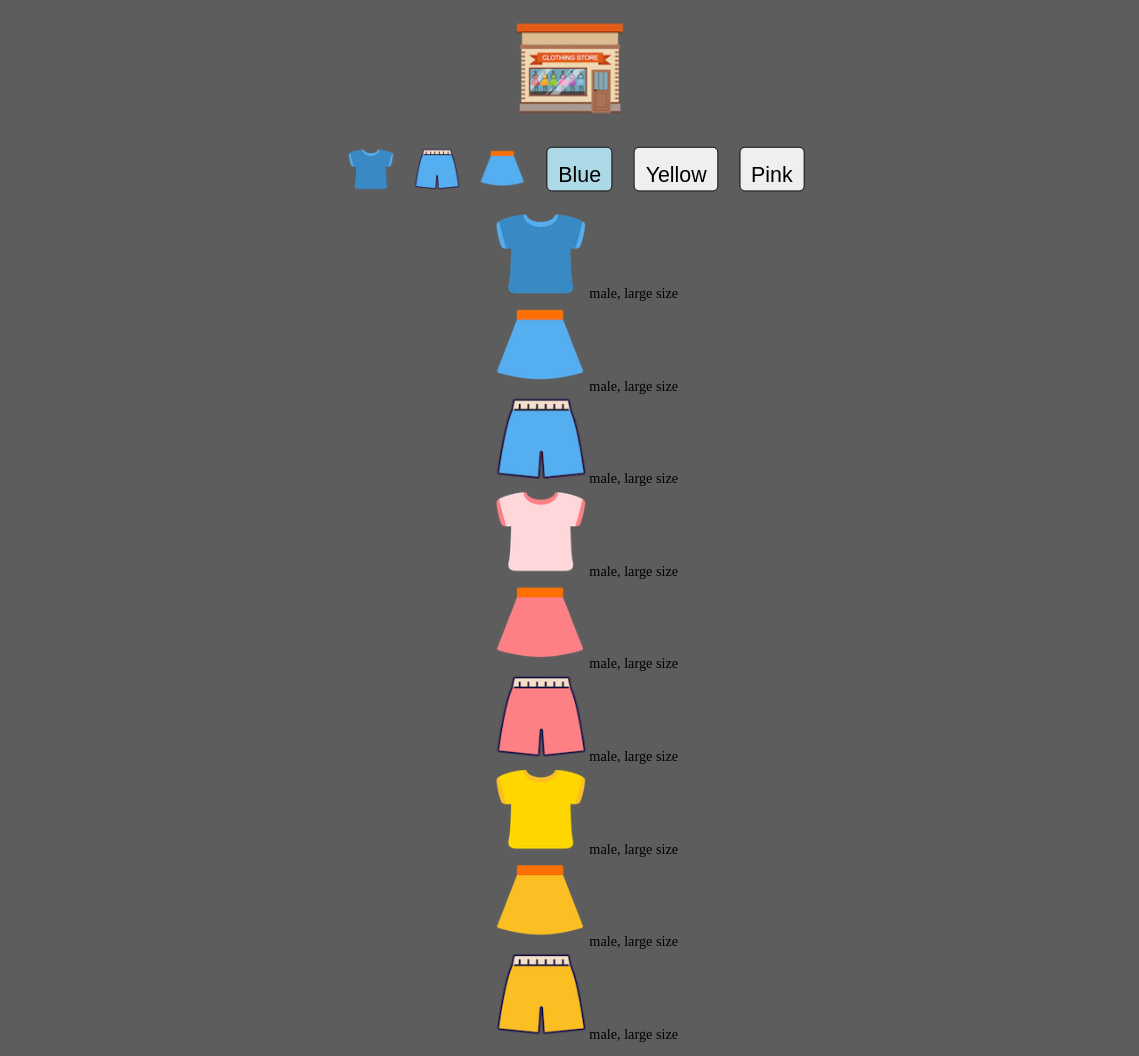
Repository: keehoonjung/Shoppingmall-Game
Page: index.html
An editor plug-in stored every save of this project. The page is shown before and after the next save, followed by the edit.
The browser window is 1280 px wide. The pictures show the whole page, at 89% of full size.

Above is the page before, as saved 2021-08-12 13:36:09.

### index.html
<!DOCTYPE html>
<html lang="en">
<head>
    <meta charset="UTF-8">
    <meta http-equiv="X-UA-Compatible" content="IE=edge">
    <meta name="viewport" content="width=device-width, initial-scale=1.0">
    <title>Shoppingamll Game</title>
    <link rel="stylesheet" href="style.css">
    <script src="main.js" defer></script>
</head>
<body>
    <header>
        <img src="./imgs/logo.png" alt="header" class="header__logo">
    </header>
    <ul class="filter">
        <li class="filter__btn">
            <img src="./imgs/blue_t.png" alt="shirt" class="shirt">
        </li>
        <li class="filter__btn">
            <img src="./imgs/blue_p.png" alt="pants" class="pants">
        </li>
        <li class="filter__btn">
            <img src="./imgs/blue_s.png" alt="" class="skirts">
        </li>
        <li class="filter__btn">
            <button class="blue">
                Blue
            </button>
        </li>
        <li class="filter__btn">
            <button class="yellow">
                Yellow
            </button>
        </li>
        <li class="filter__btn">
            <button class="pink">
                Pink
            </button>
        </li>
    </ul>
    <ul class="items">
        <li class="item">
            <img src="./imgs/blue_t.png" alt="blueshirt">
            <span>male, large size</span>
        </li>
        <li class="item">
            <img src="./imgs/blue_s.png" alt="blueshirt">
            <span>male, large size</span>
        </li>
        <li class="item">
            <img src="./imgs/blue_p.png" alt="blueshirt">
            <span>male, large size</span>
        </li>
        <li class="item">
            <img src="./imgs/pink_t.png" alt="blueshirt">
            <span>male, large size</span>
        </li>
        <li class="item">
            <img src="./imgs/pink_s.png" alt="blueshirt">
            <span>male, large size</span>
        </li>
        <li class="item">
            <img src="./imgs/pink_p.png" alt="blueshirt">
            <span>male, large size</span>
        </li>
        <li class="item">
            <img src="./imgs/yellow_t.png" alt="blueshirt">
            <span>male, large size</span>
        </li>
        <li class="item">
            <img src="./imgs/yellow_s.png" alt="blueshirt">
            <span>male, large size</span>
        </li>
        <li class="item">
            <img src="./imgs/yellow_p.png" alt="blueshirt">
            <span>male, large size</span>
        </li>
    </ul>
</body>
</html>

### style.css
* {
  box-sizing: border-box;
}

body {
  background-color: rgb(94, 93, 93);
  text-align: center;
  margin: 0;
}

ul {
  list-style: none;
}

button {
  border: 1px solid black;
  outline: none;
  border-radius: 6px;
  display: inline-block;
  height: 50px;
  padding: 16px 12px;
  font-size: 24px;
}

header {
  margin-top: 20px;
}

.header__logo {
  width: 125px;
}

.filter {
  display: flex;
  justify-content: center;
}

.filter__btn {
  padding-right: 24px;
}

.filter__btn img {
  height: 50px;
}

.blue {
  background-color: lightblue;
}

Loaded but not shown: main.js (no copy from this time; the picture is the same without it)

After the next save:
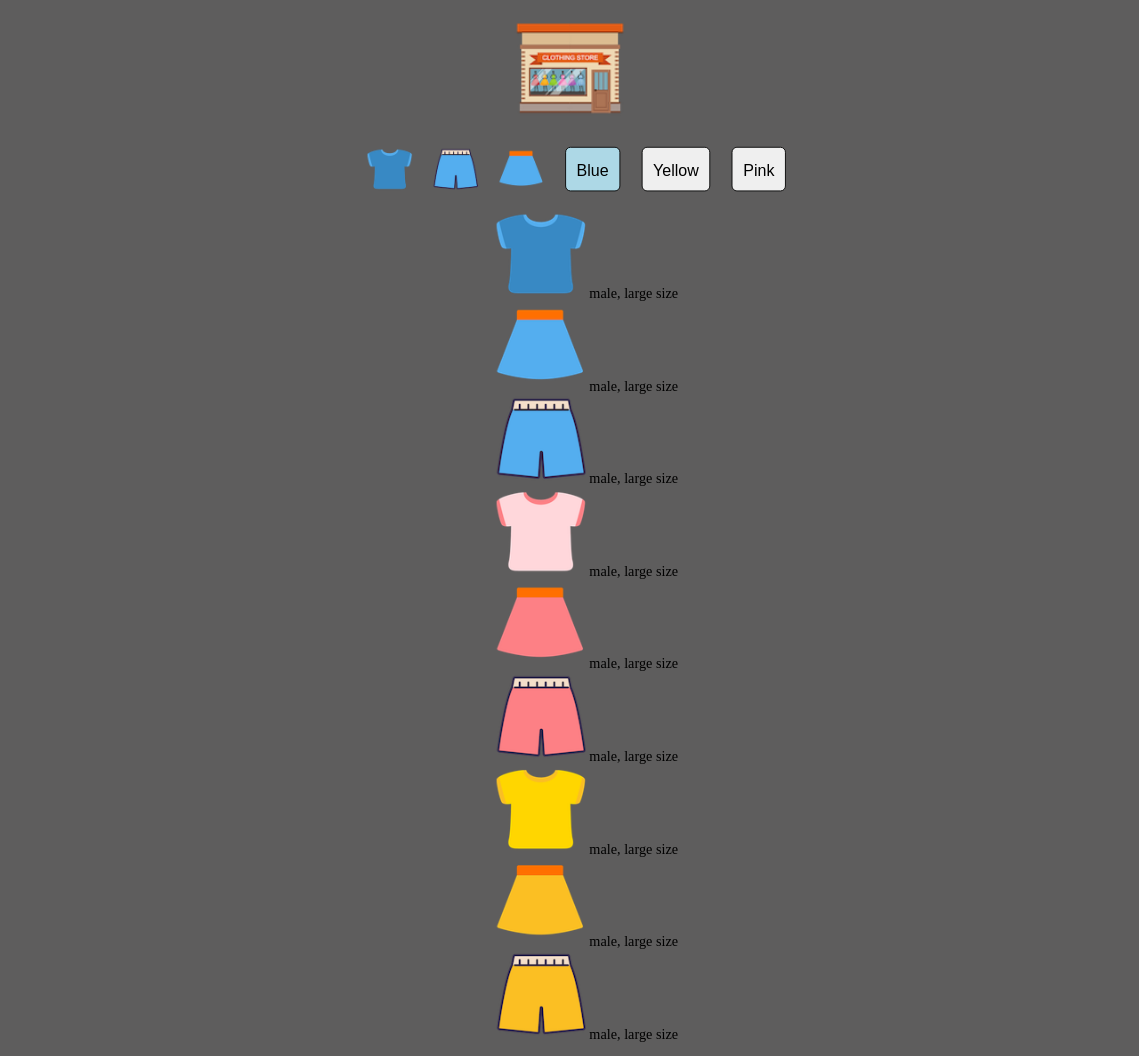
Saved 5 s later.
--- a/style.css
+++ b/style.css
@@ -19,7 +19,7 @@ button {
   display: inline-block;
   height: 50px;
   padding: 16px 12px;
-  font-size: 24px;
+  font-size: 18px;
 }
 
 header {
